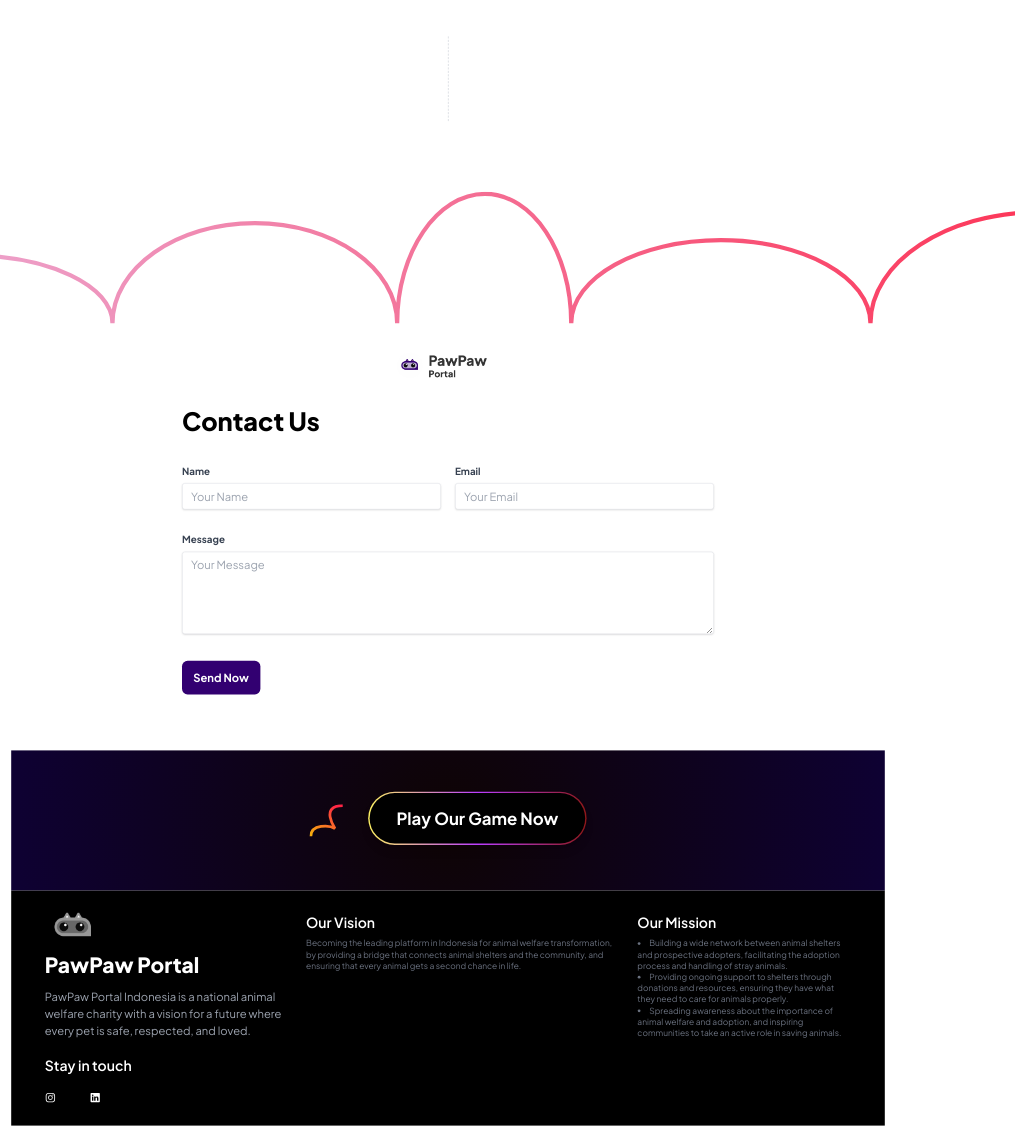
Repository: paskasiregar/pawpawwebsite
Page: /
These files come from the project's save history. The page is drawn as it stood at one moment and after a run of saves; the edit follows.
The browser window is 1280 px wide. The page is 1450 px wide, so the pictures cover 1450 px, including what lies to the right of the window. The pictures show the part of the page from y = 1570 to 3250 px (the page is 3210 px tall before and 3250 px after), at 70% of full size.
The project was rebuilt for these pictures with package versions that can differ from the ones it lists, and the page was loaded fresh each time. The framework's server and built-in components were replaced by stand-ins that run in the browser. Also part of the build but not shown: next.config.js, next.config.mjs.

Above is the page before, as saved 2024-07-31 21:45:28.

### src/app/layout.js
import { Inter } from "next/font/google";
import "./globals.css";

const inter = Inter({ subsets: ["latin"] });

export const metadata = {
  title: "PawPaw Portal | Your One-Stop Shelter",
  description: "Your One-Stop Shelter",
};

export default function RootLayout({ children }) {
  return (
    <html lang="en">
      <body className={inter.className}>{children}</body>
    </html>
  );
}

### src/app/globals.css
@import url("https://fonts.googleapis.com/css2?family=Plus+Jakarta+Sans:wght@400;600;700;800&display=swap");

@tailwind base;
@tailwind components;
@tailwind utilities;

body {
  font-family: "Plus Jakarta Sans", sans-serif;
}

.hero-bg {
  display: flex;
  background: radial-gradient(
    circle,
    rgb(204, 188, 230) 10%,
    rgb(255, 255, 255) 50%
  );
}

.cta-container {
  display: flex;
  justify-content: center;
  align-items: center;
  position: relative;
  background: radial-gradient(circle, rgb(14, 4, 4) 0%, rgb(14, 1, 51) 100%);
  padding: 20px;
  gap: 20px;
  min-height: 200px;
}

.cta-button {
  display: inline-block;
  padding: 20px 40px;
  font-size: 24px;
  font-weight: bold;
  color: white;
  background: black;
  border-radius: 40px;
  position: relative;
  z-index: 1;
  overflow: hidden;
  transition: all 0.3s ease;
  text-align: center;
}

.cta-button::before {
  content: "";
  position: absolute;
  top: -2px;
  left: -2px;
  right: -2px;
  bottom: -2px;
  background: linear-gradient(
    90deg,
    rgb(255, 244, 97) 0%,
    rgb(187, 61, 255) 50%,
    rgb(142, 23, 23) 100%
  );
  z-index: -1;
  border-radius: inherit;
}

.cta-button::after {
  content: "";
  position: absolute;
  top: 2px;
  left: 2px;
  right: 2px;
  bottom: 2px;
  background: black;
  z-index: -1;
  border-radius: inherit;
}

.cta-button:hover {
  color: rgb(237, 246, 133);
  background: white;
}

.footer-bg {
  background: radial-gradient(circle, rgb(14, 4, 4) 0%, rgb(14, 1, 51) 100%);
  color: white;
  text-align: center;
  padding: 20px;
}

.centeredcontainer {
  width: 100vw;
  height: auto;
}

.main-container {
  width: 100%;
  max-width: 1200px;
  margin: 0 auto;
  padding: 0 20px;
}
.header-content {
  display: flex;
  flex-direction: row;
  align-items: center;
  justify-content: space-between;
}

.header-logo-button {
  display: flex;
  flex-direction: row;
  align-items: center;
  gap: 16px; /* Adjust spacing as needed */
}

html {
  scroll-behavior: smooth;
}

### src/components/contact.jsx
import React from "react";
import PrimaryButton from "@/components/primaryButton";
import NameInput from "./nameInput";
import EmailInput from "./emailInput";
import MessageInput from "./mesageInput";
import Image from "next/image";
import logoHeaderImage from "../assets/banner-10.png";

export const Contact = () => {
  return (
    <div className="font-plus-jakarta flex flex-col items-center justify-center py-16 px-4 md:px-[200px] gap-[40px] text-29xl">
      <div className="flex justify-start items-start">
        <svg
          width="1620"
          height="188"
          viewBox="0 0 1620 188"
          fill="none"
          xmlns="http://www.w3.org/2000/svg"
        >
          <path
            d="M1891 188C1891 100.375 1784.67 29.342 1653.5 29.342C1522.34 29.342 1413.53 100.375 1413.53 188C1413.53 122.37 1317.84 69.158 1199.78 69.158C1081.72 69.158 986.029 122.362 986.029 188C986.029 85.8274 930.825 3 862.735 3C794.645 3 737.369 85.8274 737.369 188C737.369 108.853 646.33 44.6865 534.029 44.6865C421.728 44.6865 330.689 108.853 330.689 188C330.689 134.381 239.649 90.9105 127.349 90.9105C15.0481 90.9105 -76 134.381 -76 188"
            stroke="url(#paint0_linear_545_35799)"
            strokeWidth="6"
            strokeMiterlimit="10"
            strokeLinejoin="bevel"
          />
          <defs>
            <linearGradient
              id="paint0_linear_545_35799"
              x1="-84.5283"
              y1="91.1699"
              x2="1899.52"
              y2="91.1699"
              gradientUnits="userSpaceOnUse"
            >
              <stop offset="0.0224" stopColor="#EBADD7" />
              <stop offset="1" stopColor="#FF2445" />
            </linearGradient>
          </defs>
        </svg>
      </div>
      <Image
        className="w-36 h-10 object-cover"
        alt="Logo"
        src={logoHeaderImage}
        width={120}
        height={20}
      />
      <div className="text-4xl font-extrabold  w-full">Contact Us</div>
      <form
        action="https://docs.google.com/forms/d/e/1FAIpQLSe6LShrPVKh-LHDKOas-AzL__AQOai2xqzqOClVCFVoLnht3g/formResponse"
        method="POST"
        className="w-full"
      >
        <div className="w-full flex flex-col items-start gap-[16px] text-base text-light-l800 font-regular-reg-2">
          <div className="w-full flex flex-col md:flex-row gap-[20px]">
            <div className="w-full md:w-1/2">
              <label
                htmlFor="entry.your_name_field"
                className="w-full block text-sm font-medium text-gray-700"
              ></label>
              <NameInput
                className="w-full"
                id="entry.your_name_field"
                name="entry.your_name_field"
                type="text"
              />
            </div>
            <div className="w-full md:w-1/2">
              <label
                htmlFor="entry.your_email_field"
                className="block text-sm font-medium text-gray-700"
              ></label>
              <EmailInput
                className="w-full"
                id="entry.your_email_field"
                name="entry.your_email_field"
                type="email"
              />
            </div>
          </div>
          <div className="w-full">
            <label
              htmlFor="entry.your_message_field"
              className="block text-sm font-medium text-gray-700"
            ></label>
            <MessageInput
              className="w-full"
              id="entry.your_message_field"
              name="entry.your_message_field"
            />
          </div>
        </div>
        <div className="mt-4">
          <PrimaryButton type="submit">Send Now</PrimaryButton>
        </div>
      </form>
    </div>
  );
};

export default Contact;

### src/components/divider.jsx
export const Divider = () => {
  return (
    <div className="self-stretch h-[195px] flex flex-row items-center justify-center py-16 px-[130px] box-border">
      <div className="w-px relative box-border h-[121px] border-r-[1px] border-dashed border-gray-300" />
    </div>
  );
};

### src/components/footer.jsx
import Link from "next/link";
import React from "react";
import Image from "next/image";
import logoFooterImage from "../assets/inverse.png";

export const Footer = () => {
  return (
    <div className="font-plus-jakarta w-full flex bg-black">
      <div className="font-plus-jakarta w-full flex flex-col items-center bg-black py-8 px-4">
        <div className="max-w-6xl w-full mx-auto space-y-6">
          {/* Footer Header */}
          <div className="flex flex-col md:flex-row items-center md:items-start md:justify-between mb-6">
            <div className="space-y-4">
              <Image
                className="w-20 h-10 object-cover"
                alt="Logo"
                src={logoFooterImage}
                width={80}
                height={80}
              />
              <div className="space-y-4">
                <div className="text-white text-3xl font-extrabold">
                  PawPaw Portal
                </div>
                <p className="text-med text-gray-400">
                  PawPaw Portal Indonesia is a national animal welfare charity
                  with a vision for a future where every pet is safe, respected,
                  and loved.
                </p>
              </div>
            </div>

            {/* Vision and Mission */}
            <div className="flex flex-col md:flex-row mt-4 md:mt-0 space-y-4 md:space-y-0 md:space-x-8">
              <div className="space-y-2">
                <div className="font-semibold text-xl text-white">
                  Our Vision
                </div>
                <div className="text-xs text-gray-500">
                  Becoming the leading platform in Indonesia for animal welfare
                  transformation, by providing a bridge that connects animal
                  shelters and the community, and ensuring that every animal
                  gets a second chance in life.
                </div>
              </div>
              <div className="space-y-2">
                <div className="font-semibold text-xl text-white">
                  Our Mission
                </div>
                <div className="text-xs text-gray-500">
                  <ol className="list-inside list-disc">
                    <li>
                      Building a wide network between animal shelters and
                      prospective adopters, facilitating the adoption process
                      and handling of stray animals.
                    </li>
                    <li>
                      Providing ongoing support to shelters through donations
                      and resources, ensuring they have what they need to care
                      for animals properly.
                    </li>
                    <li>
                      Spreading awareness about the importance of animal welfare
                      and adoption, and inspiring communities to take an active
                      role in saving animals.
                    </li>
                  </ol>
                </div>
              </div>
            </div>
          </div>
          {/* social media */}
          <div className="text-xl font-semibold mb-4 text-white">
            Stay in touch
          </div>
          <div className="flex space-x-4">
            <Link href="https://www.instagram.com/pawpawportal">
              <svg
                xmlns="http://www.w3.org/2000/svg"
                width="1em"
                height="1em"
                viewBox="0 0 24 24"
              >
                <path
                  fill="white"
                  d="M17.34 5.46a1.2 1.2 0 1 0 1.2 1.2a1.2 1.2 0 0 0-1.2-1.2m4.6 2.42a7.59 7.59 0 0 0-.46-2.43a4.94 4.94 0 0 0-1.16-1.77a4.7 4.7 0 0 0-1.77-1.15a7.3 7.3 0 0 0-2.43-.47C15.06 2 14.72 2 12 2s-3.06 0-4.12.06a7.3 7.3 0 0 0-2.43.47a4.78 4.78 0 0 0-1.77 1.15a4.7 4.7 0 0 0-1.15 1.77a7.3 7.3 0 0 0-.47 2.43C2 8.94 2 9.28 2 12s0 3.06.06 4.12a7.3 7.3 0 0 0 .47 2.43a4.7 4.7 0 0 0 1.15 1.77a4.78 4.78 0 0 0 1.77 1.15a7.3 7.3 0 0 0 2.43.47C8.94 22 9.28 22 12 22s3.06 0 4.12-.06a7.3 7.3 0 0 0 2.43-.47a4.7 4.7 0 0 0 1.77-1.15a4.85 4.85 0 0 0 1.16-1.77a7.59 7.59 0 0 0 .46-2.43c0-1.06.06-1.4.06-4.12s0-3.06-.06-4.12M20.14 16a5.61 5.61 0 0 1-.34 1.86a3.06 3.06 0 0 1-.75 1.15a3.19 3.19 0 0 1-1.15.75a5.61 5.61 0 0 1-1.86.34c-1 .05-1.37.06-4 .06s-3 0-4-.06a5.73 5.73 0 0 1-1.94-.3a3.27 3.27 0 0 1-1.1-.75a3 3 0 0 1-.74-1.15a5.54 5.54 0 0 1-.4-1.9c0-1-.06-1.37-.06-4s0-3 .06-4a5.54 5.54 0 0 1 .35-1.9A3 3 0 0 1 5 5a3.14 3.14 0 0 1 1.1-.8A5.73 5.73 0 0 1 8 3.86c1 0 1.37-.06 4-.06s3 0 4 .06a5.61 5.61 0 0 1 1.86.34a3.06 3.06 0 0 1 1.19.8a3.06 3.06 0 0 1 .75 1.1a5.61 5.61 0 0 1 .34 1.9c.05 1 .06 1.37.06 4s-.01 3-.06 4M12 6.87A5.13 5.13 0 1 0 17.14 12A5.12 5.12 0 0 0 12 6.87m0 8.46A3.33 3.33 0 1 1 15.33 12A3.33 3.33 0 0 1 12 15.33"
                />
              </svg>
            </Link>
            <Link href="https://twitter.com/pawpawportal">
              <svg
                xmlns="http://www.w3.org/2000/svg"
                width="1em"
                height="1em"
                viewBox="0 0 24 24"
              >
                <g fill="white">
                  <path d="M1 2h2.5L3.5 2h-2.5z">
                    <animate
                      fill="freeze"
                      attributeName="d"
                      dur="0.4s"
                      values="M1 2h2.5L3.5 2h-2.5z;M1 2h2.5L18.5 22h-2.5z"
                    />
                  </path>
                  <path d="M5.5 2h2.5L7.2 2h-2.5z">
                    <animate
                      fill="freeze"
                      attributeName="d"
                      dur="0.4s"
                      values="M5.5 2h2.5L7.2 2h-2.5z;M5.5 2h2.5L23 22h-2.5z"
                    />
                  </path>
                  <path d="M3 2h5v0h-5z" opacity="0">
                    <set attributeName="opacity" begin="0.4s" to="1" />
                    <animate
                      fill="freeze"
                      attributeName="d"
                      begin="0.4s"
                      dur="0.4s"
                      values="M3 2h5v0h-5z;M3 2h5v2h-5z"
                    />
                  </path>
                  <path d="M16 22h5v0h-5z" opacity="0">
                    <set attributeName="opacity" begin="0.4s" to="1" />
                    <animate
                      fill="freeze"
                      attributeName="d"
                      begin="0.4s"
                      dur="0.4s"
                      values="M16 22h5v0h-5z;M16 22h5v-2h-5z"
                    />
                  </path>
                  <path d="M18.5 2h3.5L22 2h-3.5z" opacity="0">
                    <set attributeName="opacity" begin="0.5s" to="1" />
                    <animate
                      fill="freeze"
                      attributeName="d"
                      begin="0.5s"
                      dur="0.4s"
                      values="M18.5 2h3.5L22 2h-3.5z;M18.5 2h3.5L5 22h-3.5z"
                    />
                  </path>
                </g>
              </svg>
            </Link>
            <Link href="https://www.linkedin.com/company/pawpawportal">
              <svg
                xmlns="http://www.w3.org/2000/svg"
                width="1em"
                height="1em"
                viewBox="0 0 24 24"
              >
                <path
                  fill="white"
                  d="M20.47 2H3.53a1.45 1.45 0 0 0-1.47 1.43v17.14A1.45 1.45 0 0 0 3.53 22h16.94a1.45 1.45 0 0 0 1.47-1.43V3.43A1.45 1.45 0 0 0 20.47 2M8.09 18.74h-3v-9h3ZM6.59 8.48a1.56 1.56 0 1 1 0-3.12a1.57 1.57 0 1 1 0 3.12m12.32 10.26h-3v-4.83c0-1.21-.43-2-1.52-2A1.65 1.65 0 0 0 12.85 13a2 2 0 0 0-.1.73v5h-3v-9h3V11a3 3 0 0 1 2.71-1.5c2 0 3.45 1.29 3.45 4.06Z"
                />
              </svg>
            </Link>
          </div>
        </div>
      </div>
    </div>
  );
};

export default Footer;

### src/components/header.jsx
import Link from "next/link";
import PrimaryButton from "@/components/primaryButton";
import React from "react";
import Image from "next/image";
import logoHeaderImage from "../assets/banner-10.png";

export const Header = () => {
  return (
    <div className="font-plus-jakarta w-full flex flex-col items-center justify-center text-left text-gray-500">
      <div className="self-stretch bg-white flex flex-col items-center justify-center text-sm">
        <div className="w-full header-content p-2.5 box-border">
          <Link href="/">
            <Image
              className="w-36 h-10 object-cover"
              alt="Logo"
              src={logoHeaderImage}
              width={120}
              height={20}
            />
          </Link>
          <div className="hidden md:flex flex-row items-center justify-center gap-8">
            <div>
              <Link href="#how-it-works">How It Works</Link>
            </div>
            <div>
              <Link href="#about-us">About Us</Link>
            </div>
          </div>
          <div className="header-logo-button">
            <PrimaryButton>Be Our Hero Today!</PrimaryButton>
          </div>
        </div>
      </div>
    </div>
  );
};

export default Header;

### src/components/CTA.jsx
import React from "react";
import Link from "next/link";

const CTA = () => {
  return (
    <div className="cta-container font-plus-jakarta p-4 md:p-8 flex flex-col md:flex-row items-center justify-center">
      <svg
        className="cta-decoration mb-4 md:mb-0 md:mr-4"
        width="48"
        height="46"
        viewBox="0 0 48 46"
        fill="none"
        xmlns="http://www.w3.org/2000/svg"
      >
        <path
          d="M2 46C2 27.296 29.551 30.0086 36.5736 34.5625C36.5736 34.5625 14.4611 2 47.5714 2"
          stroke="url(#cta_gradient)"
          strokeWidth="3.92857"
          strokeMiterlimit="10"
          strokeLinejoin="bevel"
        />
        <defs>
          <linearGradient
            id="cta_gradient"
            x1="37.3571"
            y1="2"
            x2="7.5"
            y2="46"
            gradientUnits="userSpaceOnUse"
          >
            <stop stopColor="#FF2445" />
            <stop offset="1" stopColor="#F5AB0E" />
          </linearGradient>
        </defs>
      </svg>
      <Link href="/game">
        <div className="cta-button text-center bg-gradient-to-r from-orange-500 to-pink-500 text-white font-bold py-2 px-4 rounded-lg shadow-lg cursor-pointer">
          Play Our Game Now
        </div>
      </Link>
    </div>
  );
};

export default CTA;

### src/components/primaryButton.jsx
import React from "react";

const PrimaryButton = ({ children, onClick }) => {
  return (
    <button
      className="self-stretch  bg-inherit-320071 hover:bg-blue-700 text-white font-bold px-4 py-3 rounded-lg"
      onClick={onClick}
    >
      {children}
    </button>
  );
};

export default PrimaryButton;

### src/components/secButton.jsx
import React from "react";

const SecButton = ({ children, onClick }) => {
  return (
    <button
      className="bg-white border border-inherit-320071 text-inherit-320071 font-bold py-2 px-4 rounded-lg"
      onClick={onClick}
    >
      {children}
    </button>
  );
};

export default SecButton;

### src/components/nameInput.jsx
import React from "react";

const NameInput = ({ value, onChange }) => {
  return (
    <div className="mb-4">
      <label
        className="block text-gray-700 text-sm font-bold mb-2"
        htmlFor="name"
      >
        Name
      </label>
      <input
        id="name"
        type="text"
        value={value}
        onChange={onChange}
        className="shadow appearance-none border rounded w-full py-2 px-3 text-gray-700 leading-tight focus:outline-none focus:shadow-outline"
        placeholder="Your Name"
      />
    </div>
  );
};

export default NameInput;

### src/components/emailInput.jsx
import React from "react";

const EmailInput = ({ value, onChange }) => {
  return (
    <div className="mb-4">
      <label
        className="block text-gray-700 text-sm font-bold mb-2"
        htmlFor="email"
      >
        Email
      </label>
      <input
        id="email"
        type="email"
        value={value}
        onChange={onChange}
        className="shadow appearance-none border rounded w-full py-2 px-3 text-gray-700 leading-tight focus:outline-none focus:shadow-outline"
        placeholder="Your Email"
      />
    </div>
  );
};

export default EmailInput;

### src/components/mesageInput.jsx
import React from "react";

const MessageInput = ({ value, onChange }) => {
  return (
    <div className="mb-4">
      <label
        className="block text-gray-700 text-sm font-bold mb-2"
        htmlFor="message"
      >
        Message
      </label>
      <textarea
        id="message"
        value={value}
        onChange={onChange}
        className="shadow appearance-none border rounded w-full py-2 px-3 text-gray-700 leading-tight focus:outline-none focus:shadow-outline"
        placeholder="Your Message"
        rows="5"
      />
    </div>
  );
};

export default MessageInput;

Loaded but not shown: src/app/page.js (128 lines, source omitted); tailwind.config.js (24 lines, source omitted); src/components/hero.jsx (211 lines, source omitted)

After the next 2 saves:
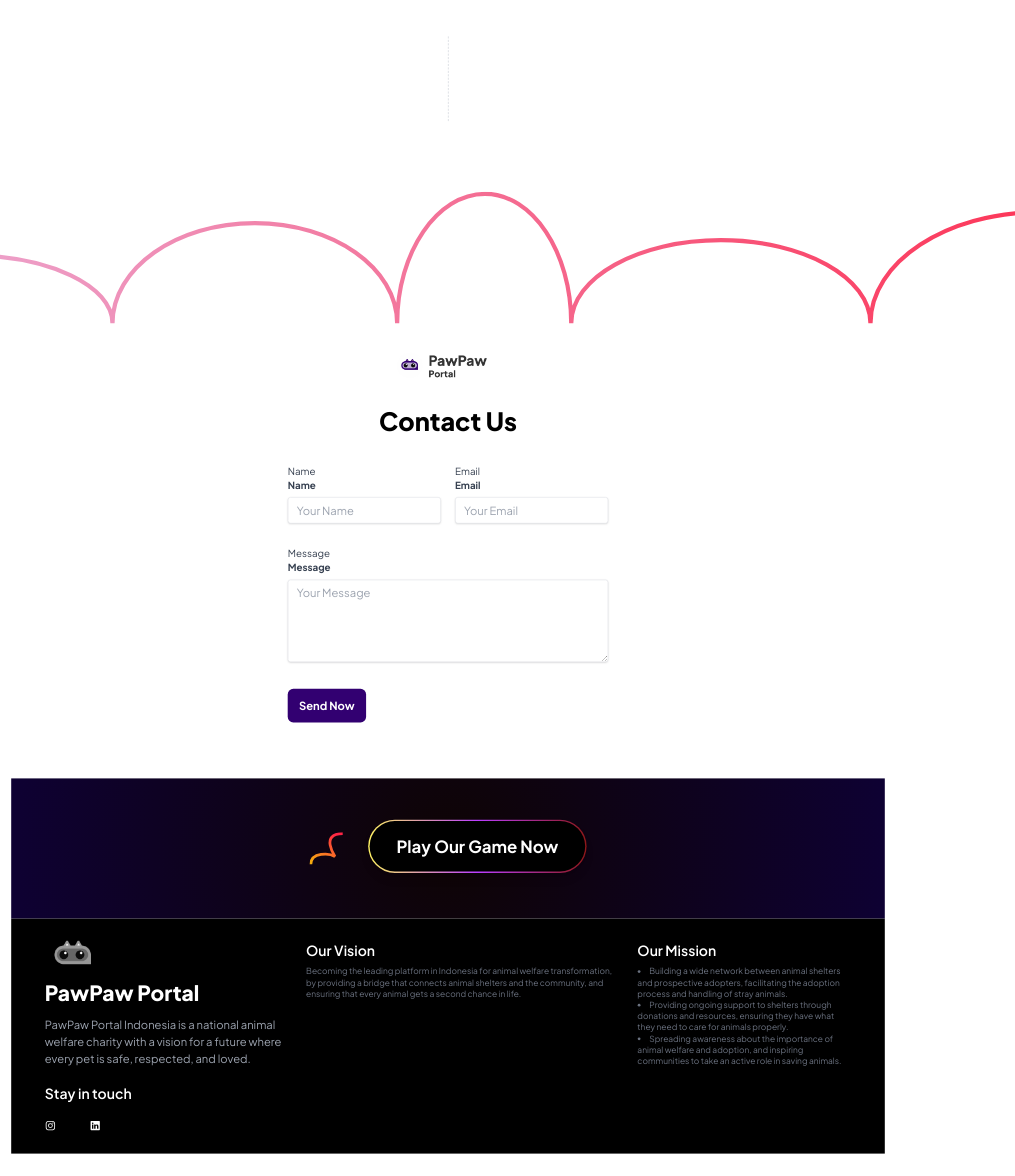
The 2 saves are shown as one change because 1 did not build or start.
The last was saved 9 min 8 s later.
--- a/src/components/contact.jsx
+++ b/src/components/contact.jsx
@@ -46,48 +46,45 @@ export const Contact = () => {
         width={120}
         height={20}
       />
-      <div className="text-4xl font-extrabold  w-full">Contact Us</div>
+      <div className="text-4xl font-extrabold">Contact Us</div>
       <form
-        action="https://docs.google.com/forms/d/e/1FAIpQLSe6LShrPVKh-LHDKOas-AzL__AQOai2xqzqOClVCFVoLnht3g/formResponse"
-        method="POST"
-        className="w-full"
+        action="https://forms.office.com/Pages/ResponsePage.aspx?id=FYBQO9x7eUe5JQ3XgE-7JgfHRnXS951Jum6QCf1rDZlUOTFYM1gyVUNMUzAyRTlFRVlHNUo5UVVRSy4u"
+        method="post"
+        target="_blank"
       >
         <div className="w-full flex flex-col items-start gap-[16px] text-base text-light-l800 font-regular-reg-2">
           <div className="w-full flex flex-col md:flex-row gap-[20px]">
             <div className="w-full md:w-1/2">
               <label
-                htmlFor="entry.your_name_field"
+                htmlFor="name"
                 className="w-full block text-sm font-medium text-gray-700"
-              ></label>
-              <NameInput
-                className="w-full"
-                id="entry.your_name_field"
-                name="entry.your_name_field"
-                type="text"
-              />
+              >
+                Name
+              </label>
+              <NameInput className="w-full" id="name" name="name" required />
             </div>
             <div className="w-full md:w-1/2">
               <label
-                htmlFor="entry.your_email_field"
+                htmlFor="email"
                 className="block text-sm font-medium text-gray-700"
-              ></label>
-              <EmailInput
-                className="w-full"
-                id="entry.your_email_field"
-                name="entry.your_email_field"
-                type="email"
-              />
+              >
+                Email
+              </label>
+              <EmailInput className="w-full" id="email" name="email" required />
             </div>
           </div>
           <div className="w-full">
             <label
-              htmlFor="entry.your_message_field"
+              htmlFor="message"
               className="block text-sm font-medium text-gray-700"
-            ></label>
+            >
+              Message
+            </label>
             <MessageInput
               className="w-full"
-              id="entry.your_message_field"
-              name="entry.your_message_field"
+              id="message"
+              name="message"
+              required
             />
           </div>
         </div>
